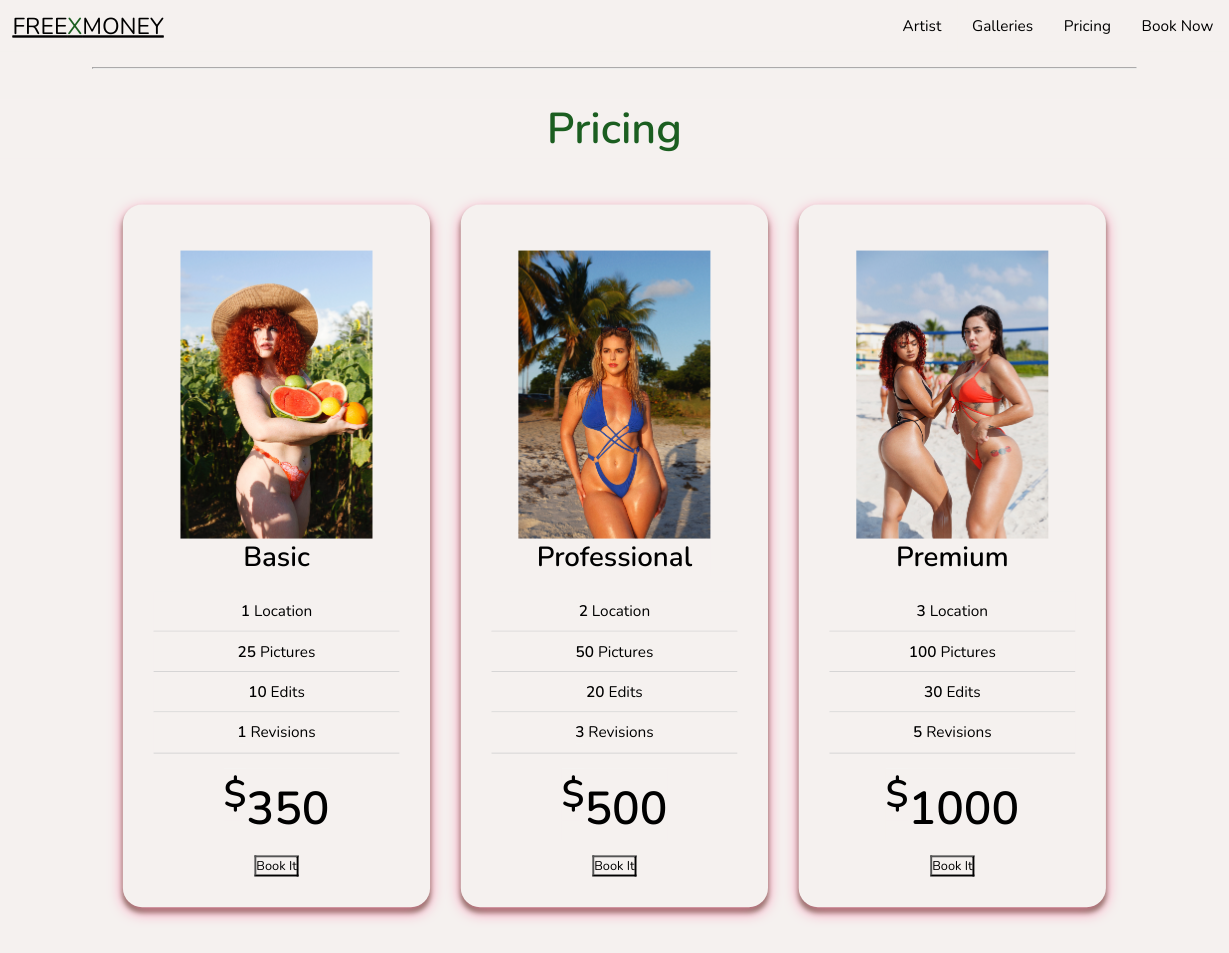
Repository: burntaftermint/freexmoney-draft
Page: price.html
An editor plug-in stored every save of this project. The page is shown before and after the next save, followed by the edit.
The browser window is 1280 px wide. The pictures show the whole page, at 96% of full size.
Some web fonts or font styles are not loaded; a fallback is used.

Above is the page before, as saved 2024-06-11 02:15:11.

After the next save:
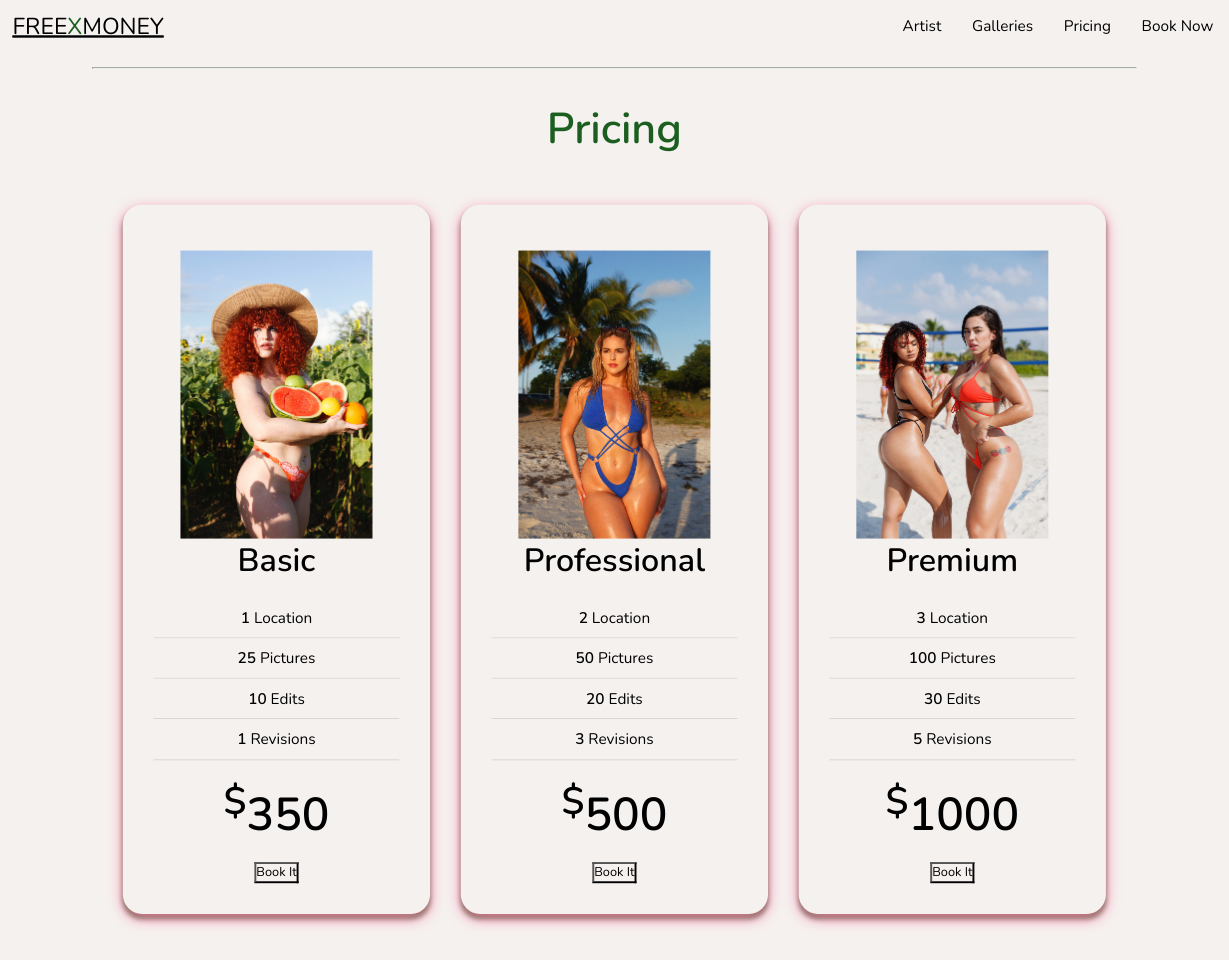
Saved 9 s later.
--- a/style.css
+++ b/style.css
@@ -360,7 +360,7 @@ border-radius: 10px;
 .card-header {
     margin: 1rem;
     text-align: center;
-    font-size: 1.2rem;
+    font-size: 1.4rem;
 
 }
 
